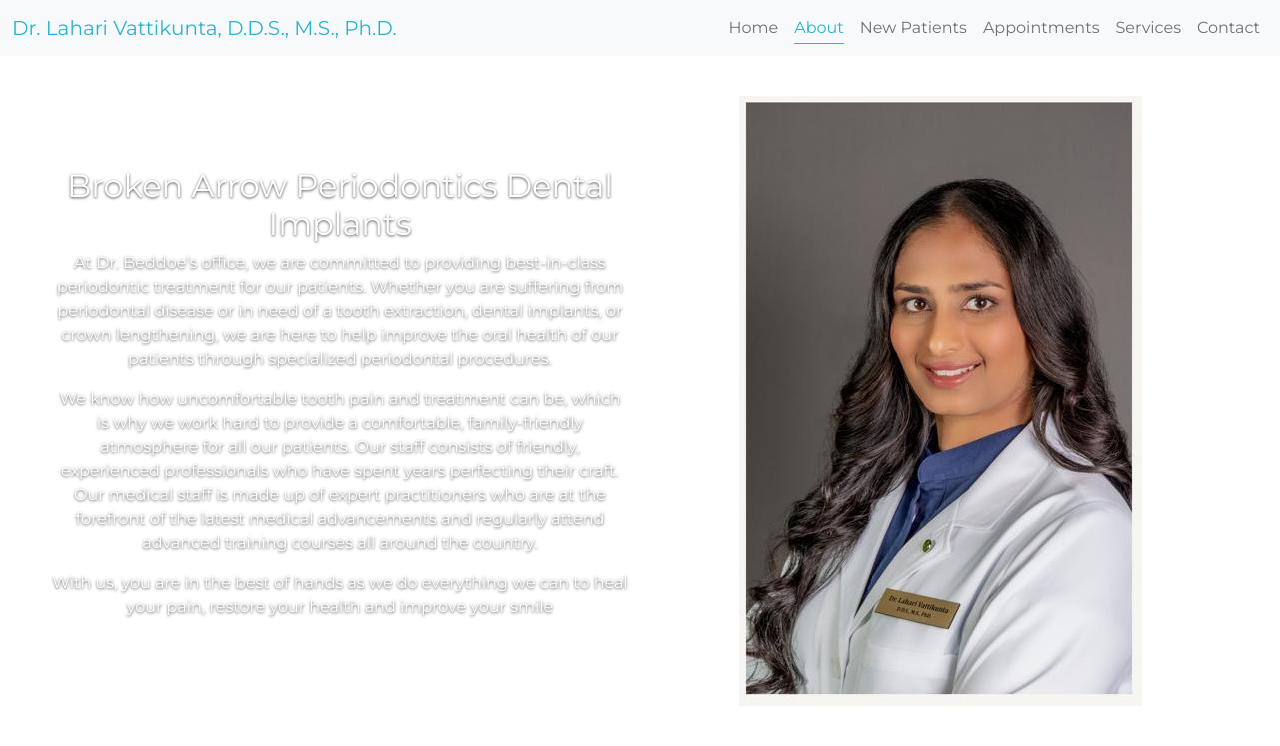
Repository: vineetha2438/baperio
Page: about.html
An editor plug-in stored every save of this project. The page is shown before and after the next save, followed by the edit.
The browser window is 1280 px wide. The pictures show the whole page.

Above is the page before, as saved 2022-11-14 21:03:19.

### about.html
<!DOCTYPE html>
<html lang="en">

<head>
  <meta charset="utf-8">
  <meta name="viewport" content="width=device-width, initial-scale=1">
  <title>Broken Arrow Periodontics Dental Implants</title>
  <link href="https://cdn.jsdelivr.net/npm/bootstrap@5.2.2/dist/css/bootstrap.min.css" rel="stylesheet" integrity="sha384-Zenh87qX5JnK2Jl0vWa8Ck2rdkQ2Bzep5IDxbcnCeuOxjzrPF/et3URy9Bv1WTRi"
    crossorigin="anonymous">
  <link href='https://fonts.googleapis.com/css?family=Montserrat' rel='stylesheet'>
  <link rel="stylesheet" href="index.css">
  <style>
    body {
      font-family: 'Montserrat' !important
    }
  </style>
</head>

<body>
  <nav class="navbar navbar-expand-lg sticky-top bg-light">
    <div class="container-fluid">
      <!-- <a class="navbar-brand" href="#">Navbar</a> -->
      <span class="navbar-brand mb-0 h1 theme-blue doctor-name">Dr. Lahari Vattikunta, D.D.S., M.S., Ph.D. </span>
      <button class="navbar-toggler" type="button" data-bs-toggle="collapse" data-bs-target="#navbarSupportedContent" aria-controls="navbarSupportedContent"
        aria-expanded="false" aria-label="Toggle navigation">
        <span class="navbar-toggler-icon"></span>
      </button>
      <div class="collapse navbar-collapse" id="navbarSupportedContent">
        <ul class="navbar-nav me-auto mb-2 mb-lg-0 auto-ml-0-mr">
          <li class="nav-item">
            <a class="nav-link" href="index.html">Home</a>
          </li>
          <li class="nav-item">
            <a class="nav-link active theme-blue" aria-current="page" href="about.html">About</a>
          </li>
          <li class="nav-item">
            <a class="nav-link" href="#">New Patients</a>
          </li>
          <li class="nav-item">
            <a class="nav-link" href="#">Appointments</a>
          </li>
          <li class="nav-item">
            <a class="nav-link" href="#">Services</a>
          </li>
          <li class="nav-item">
            <a class="nav-link" href="#">Contact</a>
          </li>
        </ul>
      </div>
    </div>
  </nav>

  <div class="container-fluid text-center">
      <div class="row section-one">
        <div class="col-sm-12 col-md-6">
          <h2>Broken Arrow Periodontics Dental Implants</h2>
          <p>At Dr. Beddoe’s office, we are committed to providing best-in-class periodontic treatment for our patients. Whether
            you are suffering from periodontal disease or in need of a tooth extraction, dental implants, or crown lengthening,
            we are here to help improve the oral health of our patients through specialized periodontal procedures.</p>

          <p>We know how uncomfortable tooth pain and treatment can be, which is why we work hard to provide a comfortable,
            family-friendly atmosphere for all our patients. Our staff consists of friendly, experienced professionals who
            have spent years perfecting their craft. Our medical staff is made up of expert practitioners who are at the
            forefront of the latest medical advancements and regularly attend advanced training courses all around the country.</p>

          <p>With us, you are in the best of hands as we do everything we can to heal your pain, restore your health and improve
            your smile</p>
        </div>
        <div class="col-sm-12 col-md-6">
          <img src="doctor.jpg" class="img-fluid" />
        </div>
      </div>
    </div>
  <script src="https://cdn.jsdelivr.net/npm/bootstrap@5.2.2/dist/js/bootstrap.bundle.min.js" integrity="sha384-OERcA2EqjJCMA+/3y+gxIOqMEjwtxJY7qPCqsdltbNJuaOe923+mo//f6V8Qbsw3"
    crossorigin="anonymous"></script>
</body>

</html>

### index.css
.theme-blue {
  color: rgb(41,180,207) !important;
}

.auto-ml-0-mr {
  margin-left: auto !important;
  margin-right: 0 !important;
}

.nav-link.active {
  text-decoration: underline;
  text-underline-offset: 10px;
}

.clinic-bg {
  opacity: 0.4;
  position: absolute;
  left: 0;
  top: 0;
  width: 100%;
  height: auto;
  background-image: url('./clinic_bg.jpeg');
  right: 0;
  bottom: 0;
  background-repeat: no-repeat;
  background-attachment: scroll;
  background-position: center center;
  background-size: cover;
}

.doctor-name {
  overflow: hidden;
  text-overflow: ellipsis;
}

.section-one {
  position: relative;
  padding: 40px;
  color: white;
  align-items: center;
  text-shadow: rgb(0 0 0 / 70%) 0px 1px 3px;
}

.bg-wrap {
  position: absolute;
  top: 0;
  left: 0;
  right: 0;
  z-index: -1;
  bottom: 0;
  overflow: hidden;
  background-color: rgb(80,80,80);
}

.section-one h2{
  font-weight: 400;
}

.section-two {
  padding: 20px 5px;
  text-align: left;
}

.section-two .address-card {
  display: flex;
  justify-content: center;
  flex-direction: column;
  background-color: rgb(41,180,207);
  padding-top: 20px;
  padding-bottom: 20px;
}

.section-two .address-card a {
  color: black;
  margin-bottom: 1rem;
}

.footer {
  background-color: rgb(41,180,207);
  text-align: left;
  padding: 1.5rem 20px;
}

.footer a {
  color: black;
  margin-bottom: 1rem;
  margin-right: 20px
}

After the next save:
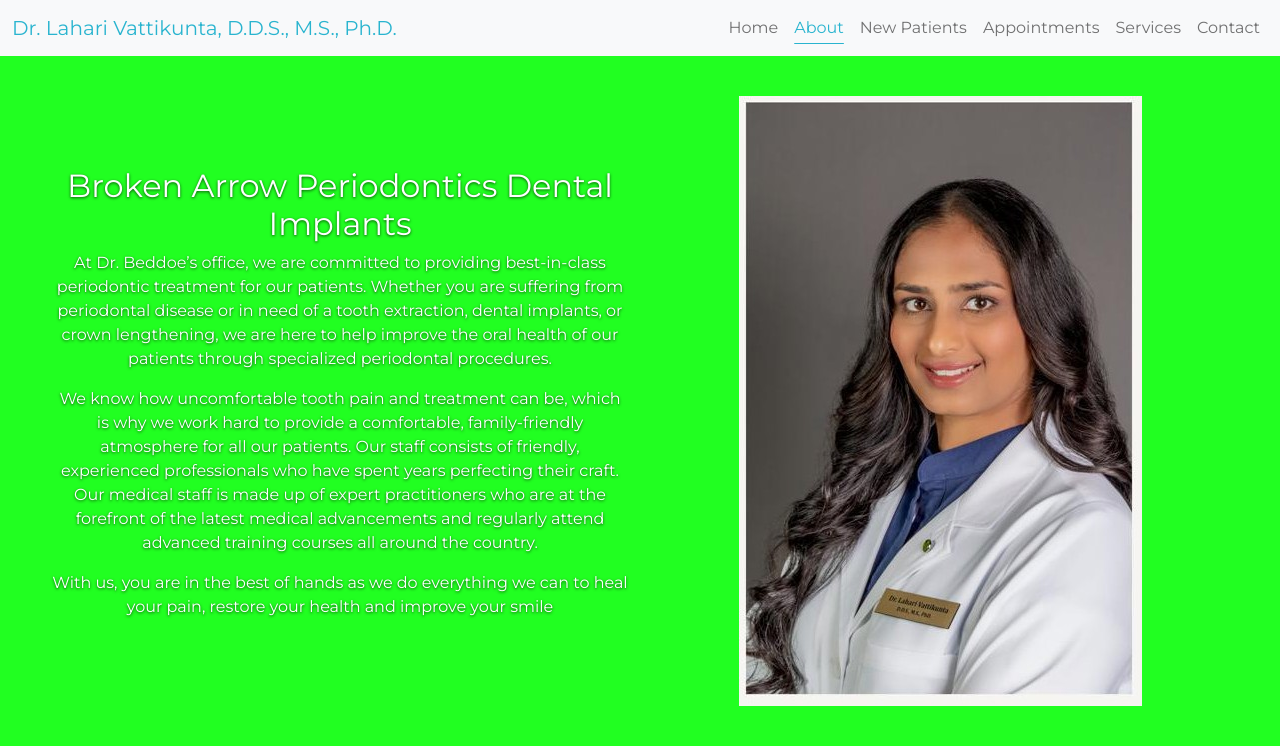
Saved 2 min 1 s later.
--- a/about.html
+++ b/about.html
@@ -50,7 +50,7 @@
     </div>
   </nav>
 
-  <div class="container-fluid text-center">
+  <div class="container-fluid text-center" style="background-color: rgb(33,333,33)">
       <div class="row section-one">
         <div class="col-sm-12 col-md-6">
           <h2>Broken Arrow Periodontics Dental Implants</h2>
